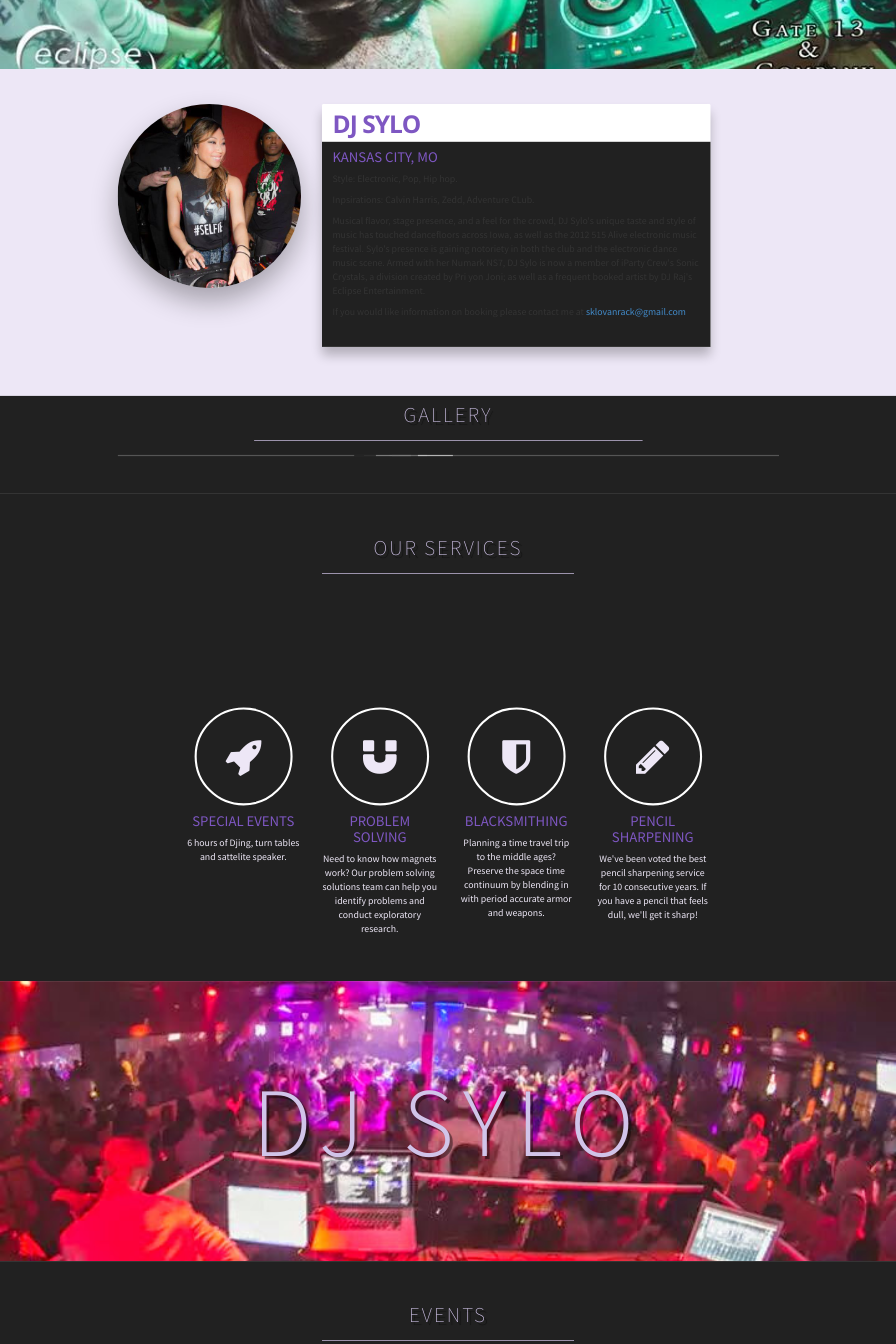
Repository: BambooXLotus/DjSylo
Page: client/index.html
The author's editor kept a record of every edit. The page is drawn from the files as they stood at one moment, then again after the next edit.
The browser window is 1280 px wide. The pictures show the part of the page from y = 622 to 2542 px (the page is 4188 px tall), at 70% of full size.
Pictures or frames that could not be fetched are drawn as grey boxes. Some icons come from a web library that is not loaded, so they are not drawn. Backgrounds fixed to the window are drawn as part of the page. Some web libraries are served in a nearby version.

Above is the page before.

After the next edit:
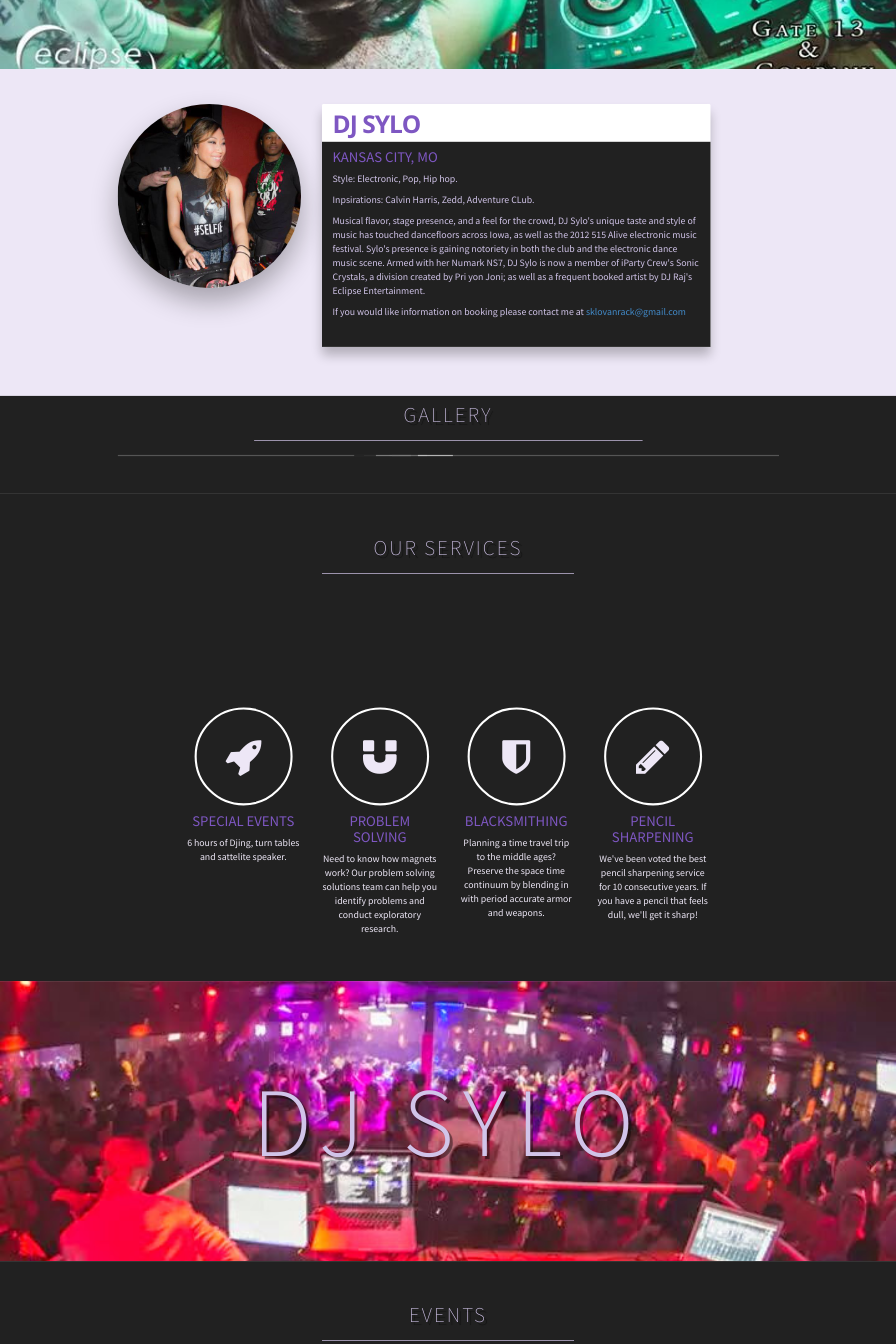
The edit:
--- a/client/css/stylish-portfolio.css
+++ b/client/css/stylish-portfolio.css
@@ -363,6 +363,10 @@
   padding-bottom: 30px;
   background: #212121;
 }
+
+.panel-body{
+  color: #D1C4E9;
+}
 .card-heading {
   border-radius: 0;
   background: transparent;
